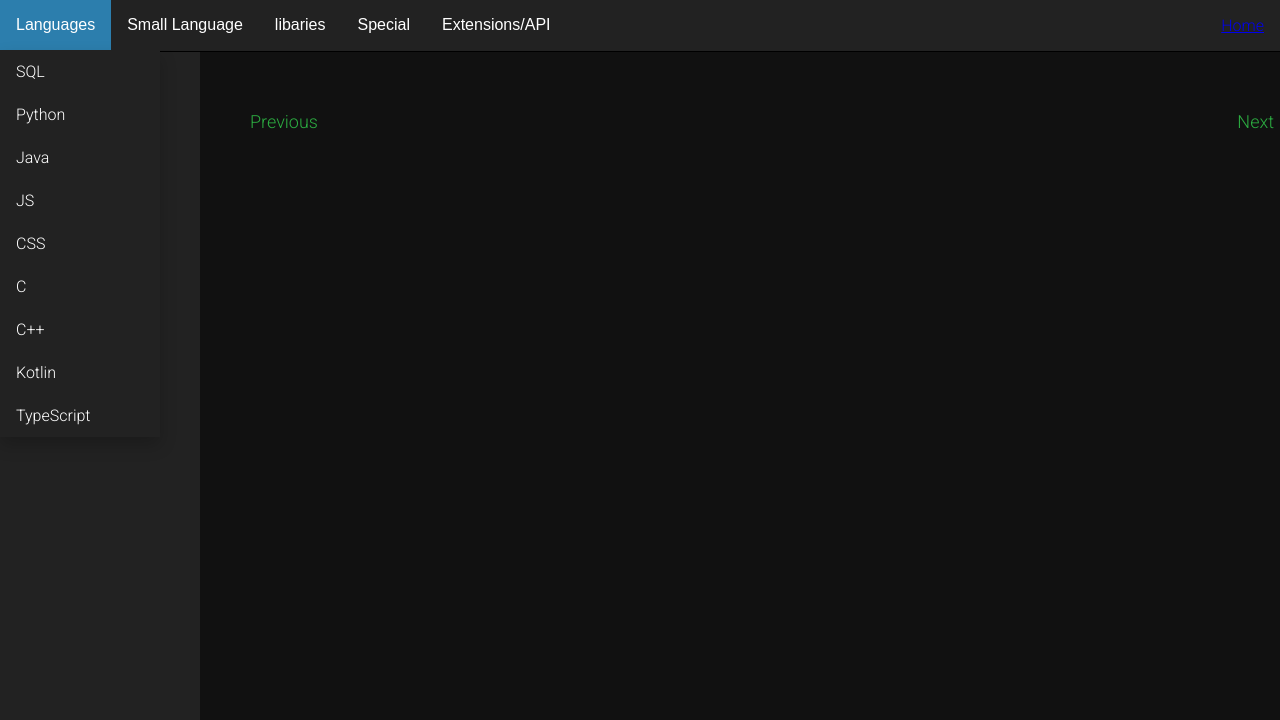
Repository: Max-Rohrhirsch/Max-Rohrhirsch.github.io
Page: documentation/languages/kotlin.html
An editor plug-in stored every save of this project. The page is shown before and after the next save, followed by the edit.
The browser window is 1280 px wide. The pictures show the whole page.

Above is the page before, as saved 2023-10-23 18:47:10.

After the next save:
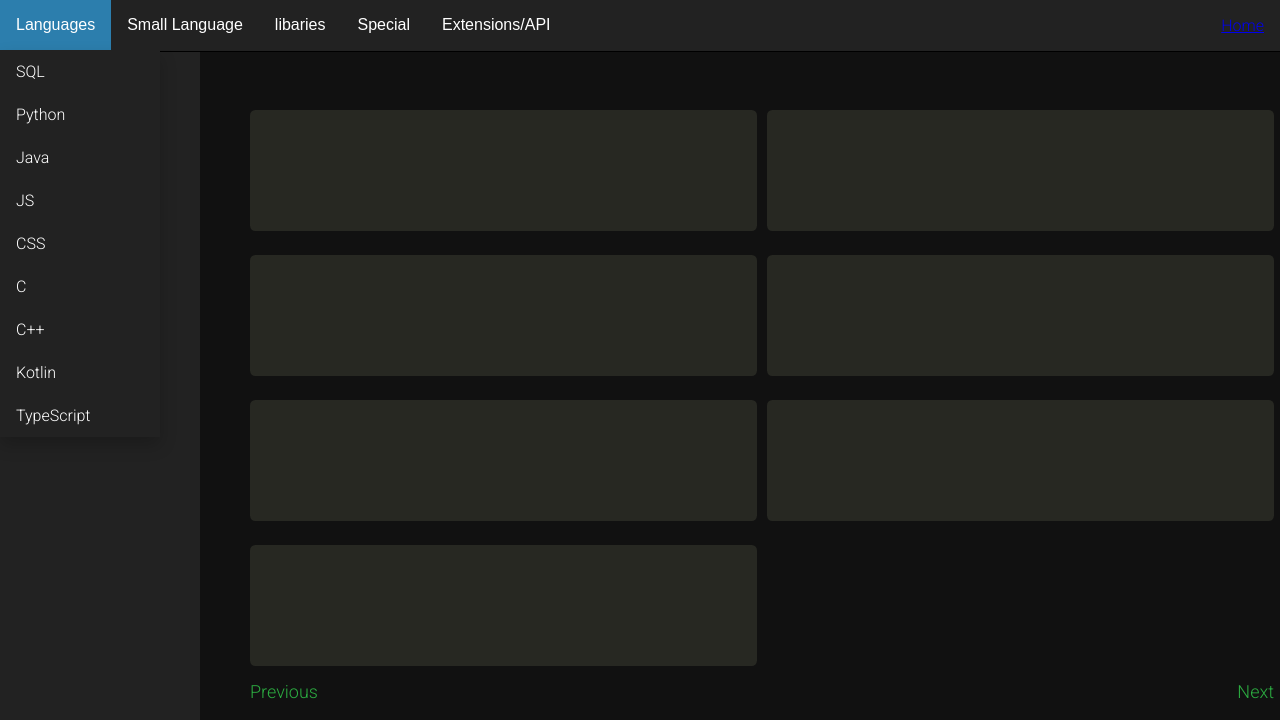
Saved 55 s later.
--- a/documentation/languages/kotlin.html
+++ b/documentation/languages/kotlin.html
@@ -9,6 +9,42 @@
 
 <!-- ------ MAIN CONTENT ----- -->
 <div class="main">
+<div class="wrapper">
+<pre>
+    <code class="language-kotlin">
 
+    </code>
+</pre>
+<pre>
+    <code class="language-kotlin">
+
+    </code>
+</pre>
+<pre>
+    <code class="language-kotlin">
+
+    </code>
+</pre>
+<pre>
+    <code class="language-kotlin">
+
+    </code>
+</pre>
+<pre>
+    <code class="language-kotlin">
+
+    </code>
+</pre>
+<pre>
+    <code class="language-kotlin">
+
+    </code>
+</pre>
+<pre>
+    <code class="language-kotlin">
+
+    </code>
+</pre>
+</div>
 
 <div id="includeFooter"></div>
